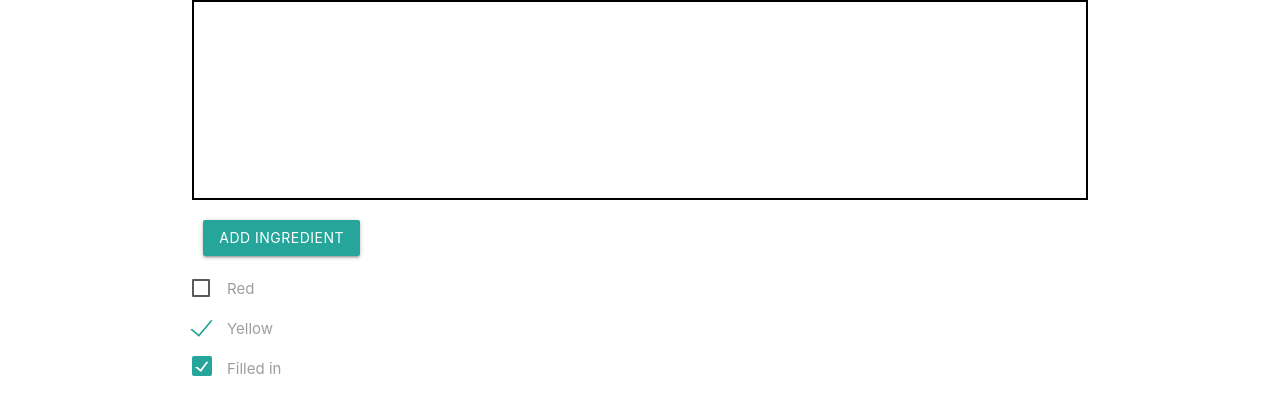
Repository: Aaron-R-Carter/Project1
Page: prototype.html
The author's editor kept a copy of each file at every save. The page is drawn from the files as they stood at one save, then again after the next save.
The browser window is 1280 px wide. The pictures show the whole page.

Above is the page before, as saved 2019-10-31 22:42:56.
Console error: SyntaxError: Unexpected token '<'

After the next save:
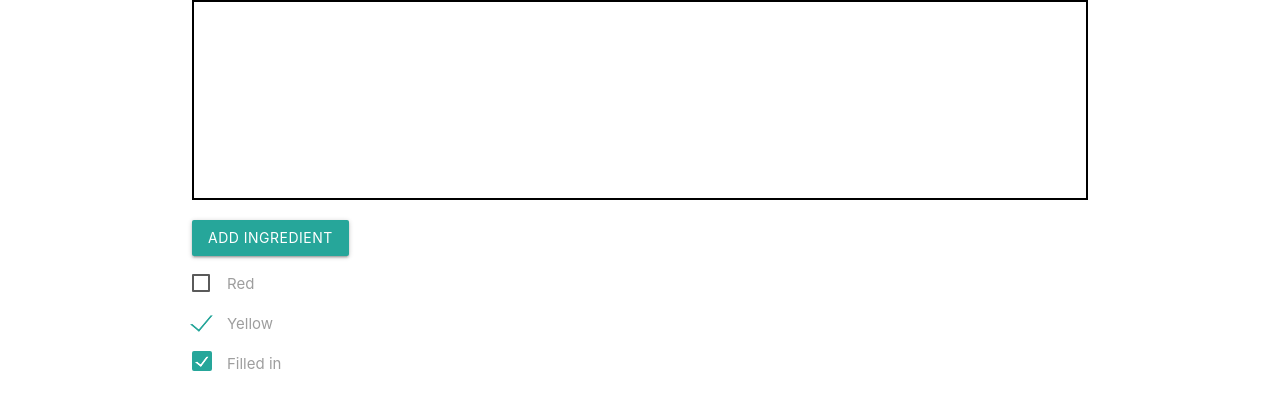
Saved 4 s later.
--- a/prototype.html
+++ b/prototype.html
@@ -18,6 +18,7 @@
         <div id="form-page" class="row">
 
 
+                <form action="#">
 
         </div>
             <form id="ingredient-add-btn" class="row">
